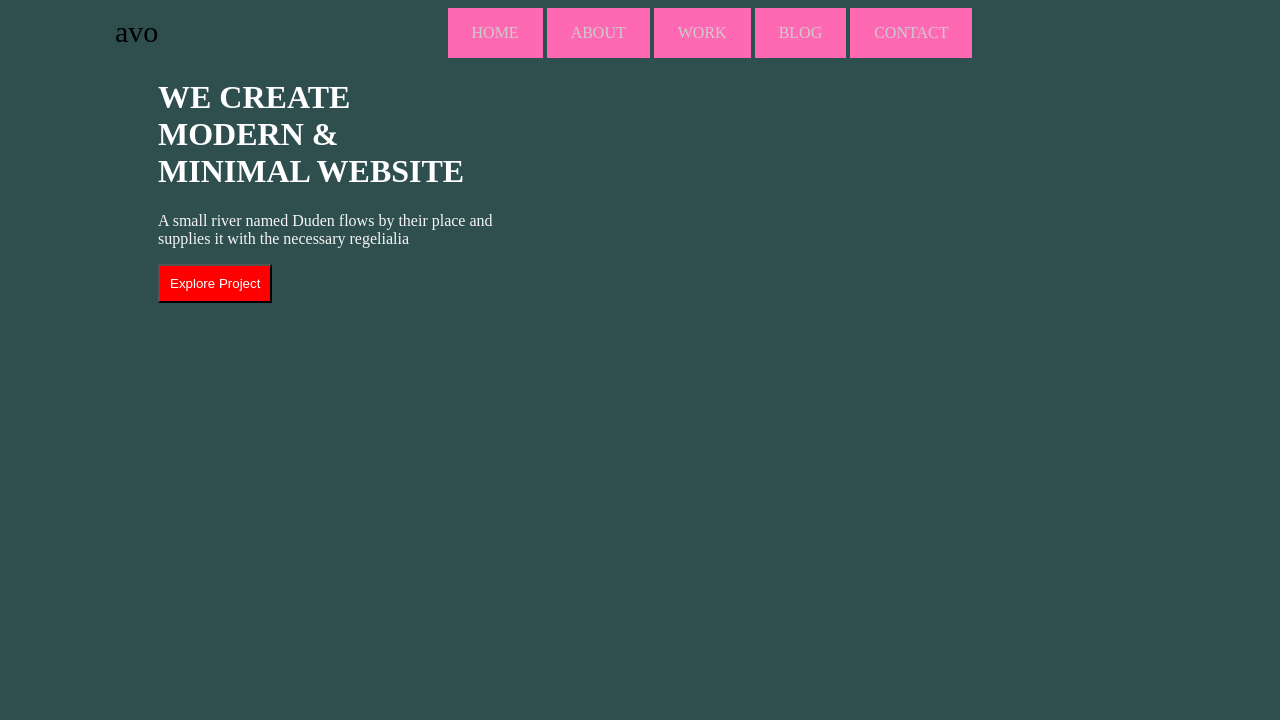
Repository: Tobby004/AVO-Template
Page: avo.html
The author's editor kept a copy of each file at every save. The page is drawn from the files as they stood at one save, then again after the next save.
The browser window is 1280 px wide. The pictures show the whole page.

Above is the page before, as saved 2023-03-29 08:44:23.

### avo.html
<!DOCTYPE html>
<html lang="en">
<head>
    <meta charset="UTF-8">
    <meta http-equiv="X-UA-Compatible" content="IE=edge">
    <meta name="viewport" content="width=device-width, initial-scale=1.0">
    <title>AVO-Template</title>
    <link rel="stylesheet" href="avo.css">
</head>
<body>
    <div class="logo">avo</div>
    <nav>
        <ul>
            <li><a href="#">HOME</a></li>
            <li><a href="#">ABOUT</a></li>
            <li><a href="#">WORK</a></li>
            <li><a href="#">BLOG</a></li>
            <li><a href="#">CONTACT</a></li>
        </ul>
    </nav>
    <main>
        <h1>WE CREATE <br>MODERN & <br> MINIMAL WEBSITE</h1>
        <p>A small river named Duden flows by their place and <br>supplies it with the necessary regelialia </p>
        <input type="button" value="Explore Project">
    </main>
</body>
</html>

### avo.css
* {
    box-sizing: border-box;
}
body {
    background: darkslategrey;
}
.logo {
  font-size: 30px;
  position: absolute;
  padding: 7px;
  margin-left: 100px;
}
nav ul {
    margin: auto;
    text-align:center;
    margin-left: 100px;
}
nav li {
    display: inline-flex;
}
nav a {
text-decoration: none;
padding: 1rem 1.5rem;
background: hotpink;
color: #ccc;
}
h1 {
    color: white;
    margin-left: 150px;
}
main p {
    color: whitesmoke;
    margin-left: 150px;
}
input[type="button"] {
    padding: 10px;
    color: white;
    background: red;
    margin-left: 150px;
}

After the next save:
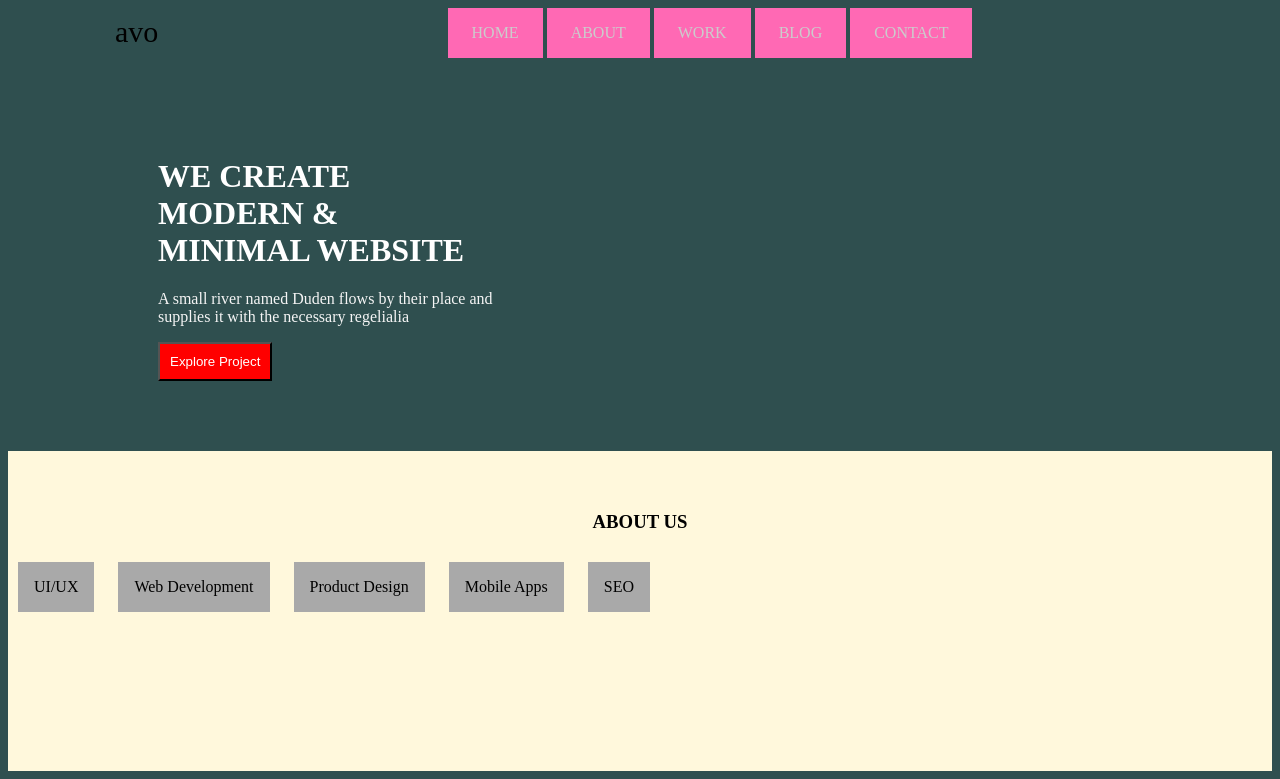
Saved 70 min 9 s later.
--- a/avo.html
+++ b/avo.html
@@ -23,5 +23,13 @@
         <p>A small river named Duden flows by their place and <br>supplies it with the necessary regelialia </p>
         <input type="button" value="Explore Project">
     </main>
+    <section>
+        <h3>ABOUT US</h3>
+        <div>UI/UX</div>
+        <div>Web Development</div>
+        <div>Product Design</div>
+        <div>Mobile Apps</div>
+        <div>SEO</div>
+    </section>
 </body>
 </html>
--- a/avo.css
+++ b/avo.css
@@ -27,6 +27,7 @@ color: #ccc;
 h1 {
     color: white;
     margin-left: 150px;
+    margin-top: 100px;
 }
 main p {
     color: whitesmoke;
@@ -38,3 +39,18 @@ input[type="button"] {
     background: red;
     margin-left: 150px;
 }
+section {
+    height: 320px;
+    background: cornsilk;
+    margin-top: 70px;
+}
+ h3 {
+    text-align: center;
+    padding-top:  60px;
+}
+section div {
+    display: inline-block;
+    margin: 10px;
+    padding: 1rem;
+    background: darkgray;
+}
